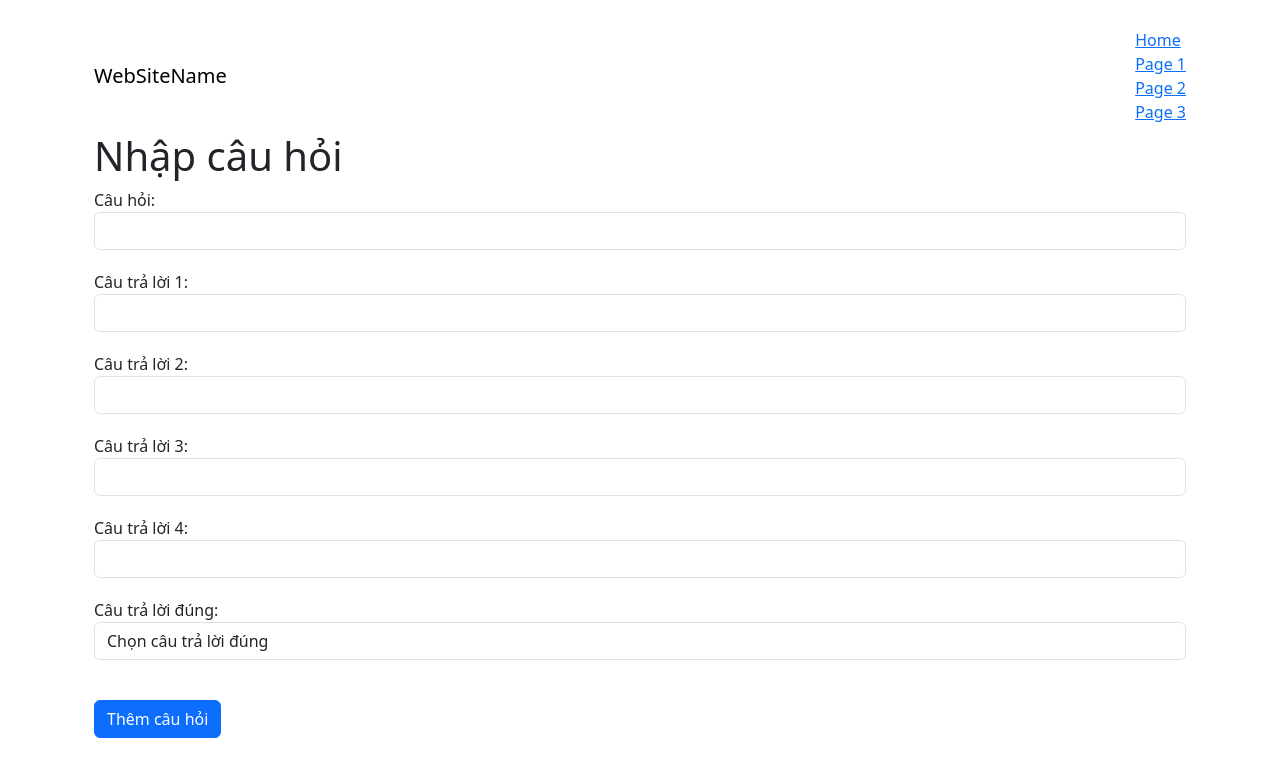
Repository: tran-thien-nhan/quiz_tlln
Page: nhap_cau_hoi.html
An editor plug-in stored every save of this project. The page is shown before and after the next save, followed by the edit.
The browser window is 1280 px wide. The pictures show the whole page.

Above is the page before, as saved 2023-06-25 10:52:35.

### nhap_cau_hoi.html
<!DOCTYPE html>
<html lang="en">

<head>
    <meta charset="UTF-8">
    <meta name="viewport" content="width=device-width, initial-scale=1.0">
    <title>Nhập câu hỏi</title>
    <!-- CSS -->
    <link rel="stylesheet" href="https://cdn.jsdelivr.net/npm/bootstrap@5.3.0/dist/css/bootstrap.min.css">
    <style>
        body {
            padding: 20px;
        }

        .form-group {
            margin-bottom: 20px;
        }

        .btn-submit {
            margin-top: 20px;
        }
    </style>
</head>

<body class="container">
    <nav class="navbar navbar-default">
        <div class="container-fluid">
            <div class="navbar-header">
                <a class="navbar-brand" href="#">WebSiteName</a>
            </div>
            <ul class="nav navbar-nav">
                <li class="active"><a href="#">Home</a></li>
                <li><a href="#">Page 1</a></li>
                <li><a href="#">Page 2</a></li>
                <li><a href="#">Page 3</a></li>
            </ul>
        </div>
    </nav>
    <div class="container">
        <h1>Nhập câu hỏi</h1>
        <form id="question-form">
            <div class="form-group">
                <label for="question">Câu hỏi:</label>
                <input type="text" id="question" name="question" class="form-control" required>
            </div>
            <div class="form-group">
                <label for="choice1">Câu trả lời 1:</label>
                <input type="text" id="choice1" name="choice1" class="form-control" required>
            </div>
            <div class="form-group">
                <label for="choice2">Câu trả lời 2:</label>
                <input type="text" id="choice2" name="choice2" class="form-control" required>
            </div>
            <div class="form-group">
                <label for="choice3">Câu trả lời 3:</label>
                <input type="text" id="choice3" name="choice3" class="form-control" required>
            </div>
            <div class="form-group">
                <label for="choice4">Câu trả lời 4:</label>
                <input type="text" id="choice4" name="choice4" class="form-control" required>
            </div>
            <div class="form-group">
                <label for="correct-answer">Câu trả lời đúng:</label>
                <select id="correct-answer" name="correctAnswer" class="form-control" required>
                    <option value="" disabled selected>Chọn câu trả lời đúng</option>
                    <option value="choice1">Câu trả lời 1</option>
                    <option value="choice2">Câu trả lời 2</option>
                    <option value="choice3">Câu trả lời 3</option>
                    <option value="choice4">Câu trả lời 4</option>
                </select>
            </div>
            <button type="submit" class="btn btn-primary btn-submit">Thêm câu hỏi</button>
        </form>
    </div>

    <!-- JavaScript -->
    <script src="https://cdn.jsdelivr.net/npm/bootstrap@5.3.0/dist/js/bootstrap.bundle.min.js"></script>
    <script src="https://code.jquery.com/jquery-3.6.0.min.js"></script>
    <script>
        $(document).ready(function () {
            $('#question-form').submit(function (e) {
                e.preventDefault();

                // Lấy giá trị từ form
                var question = $('#question').val();
                var choice1 = $('#choice1').val();
                var choice2 = $('#choice2').val();
                var choice3 = $('#choice3').val();
                var choice4 = $('#choice4').val();
                var correctAnswer = $('#correct-answer').val();

                // Tạo object từ giá trị
                var newQuestion = {
                    "question": question,
                    "choices": [choice1, choice2, choice3, choice4],
                    "correctAnswer": correctAnswer
                };

                // Gửi object tới server hoặc xử lý dữ liệu theo yêu cầu

                // Reset form
                $('#question-form')[0].reset();
                $('#correct-answer').val('').trigger('change');

                // Thông báo thành công
                alert('Thêm câu hỏi thành công!');
            });
        });
    </script>
</body>

</html>

After the next save:
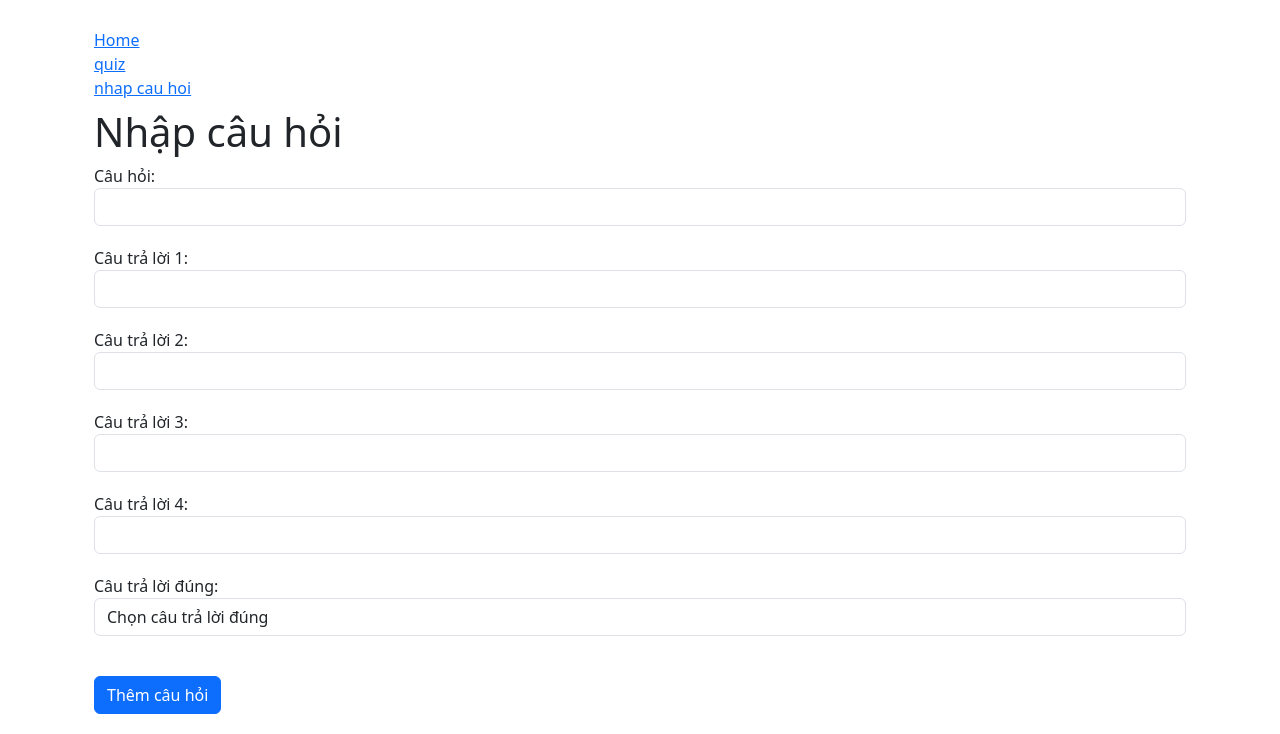
Saved 2 s later.
--- a/nhap_cau_hoi.html
+++ b/nhap_cau_hoi.html
@@ -25,14 +25,10 @@
 <body class="container">
     <nav class="navbar navbar-default">
         <div class="container-fluid">
-            <div class="navbar-header">
-                <a class="navbar-brand" href="#">WebSiteName</a>
-            </div>
             <ul class="nav navbar-nav">
                 <li class="active"><a href="#">Home</a></li>
-                <li><a href="#">Page 1</a></li>
-                <li><a href="#">Page 2</a></li>
-                <li><a href="#">Page 3</a></li>
+                <li><a href="index.html">quiz</a></li>
+                <li><a href="nhap_cau_hoi.html">nhap cau hoi</a></li>
             </ul>
         </div>
     </nav>
